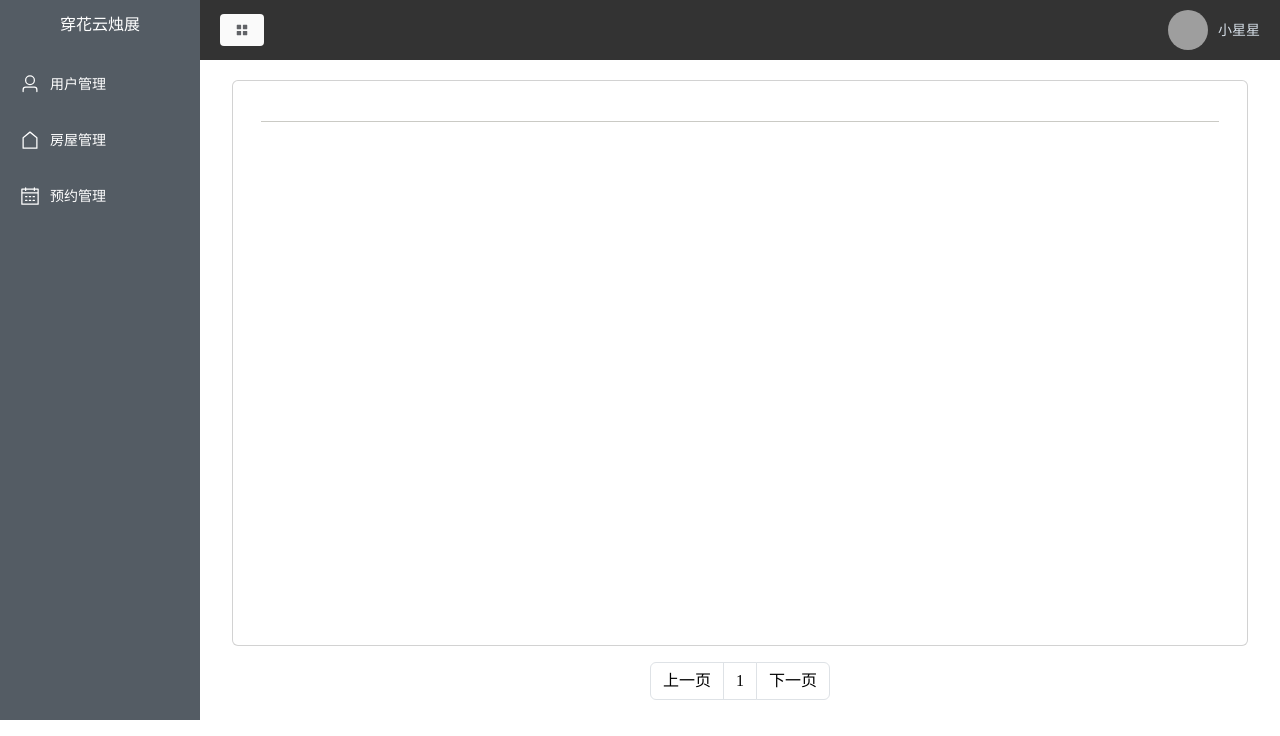
Repository: 3403784285-lucky/test-vue-big
Page: /manager-layout
The author's editor kept a copy of each file at every save. The page is drawn from the files as they stood at one save, then again after the next save.
The browser window is 1280 px wide. The pictures show the whole page.
Pictures or frames that could not be fetched are drawn as grey boxes. The page's requests for data from a server got no answer. The project was rebuilt for these pictures with package versions that can differ from the ones it lists, and the page was loaded fresh each time. No one was signed in, and anything a server would have sent is missing. Also part of the build but not shown: vite.config.js, src/components/HelloWorld.vue, src/components/WelcomeItem.vue, src/components/icons/IconDocumentation.vue, src/components/icons/IconTooling.vue, src/components/icons/IconEcosystem.vue, src/components/icons/IconCommunity.vue, src/components/icons/IconSupport.vue and 2 more. Imported but missing from the stored project, and not drawn on this page: src/views/user/UserPassword.vue.

Above is the page before, as saved 2024-06-22 11:40:35.

After the next save:
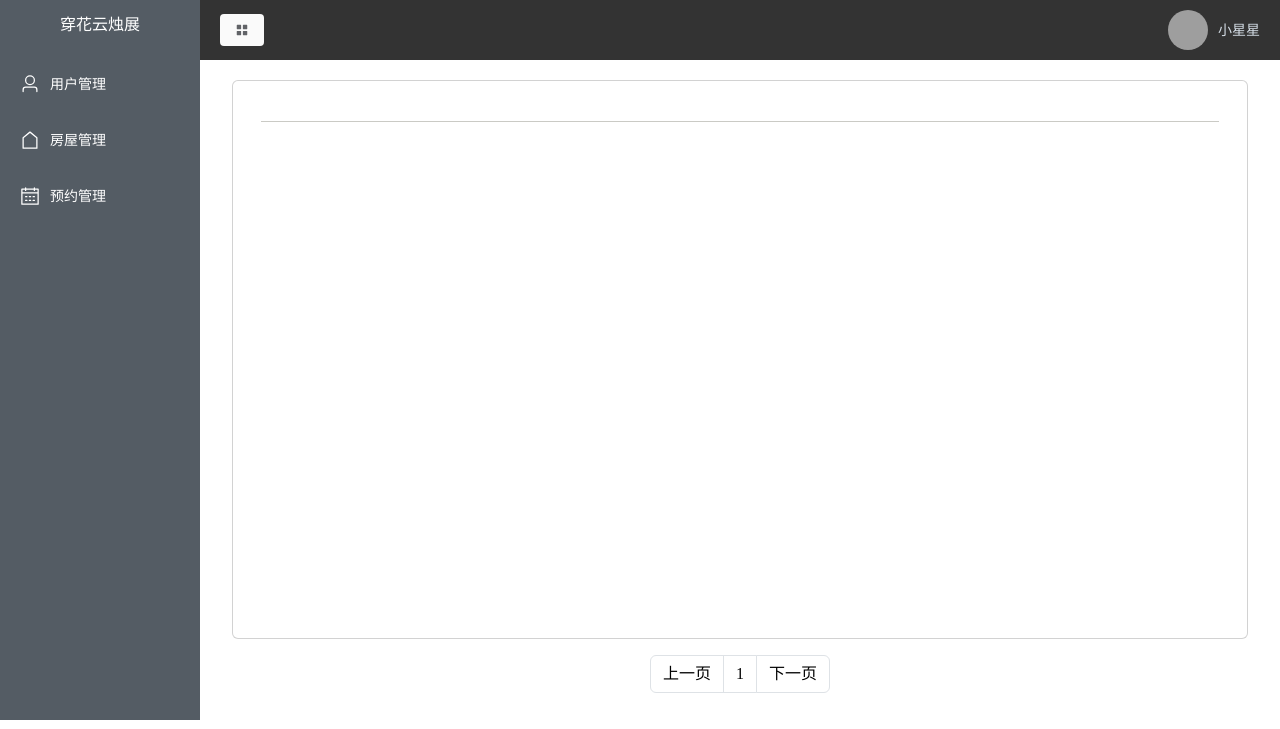
Saved 4 s later.
--- a/src/views/back/HouseManage.vue
+++ b/src/views/back/HouseManage.vue
@@ -861,7 +861,7 @@ const debounceFuncDo = _.debounce((house) => doHouse(house), 500, {
 }
 .manage-frame {
   padding: 1rem;
-  height: 78.6vh;
+  height: 77.6vh;
 }
 .name {
   font-size: 0.9rem;
